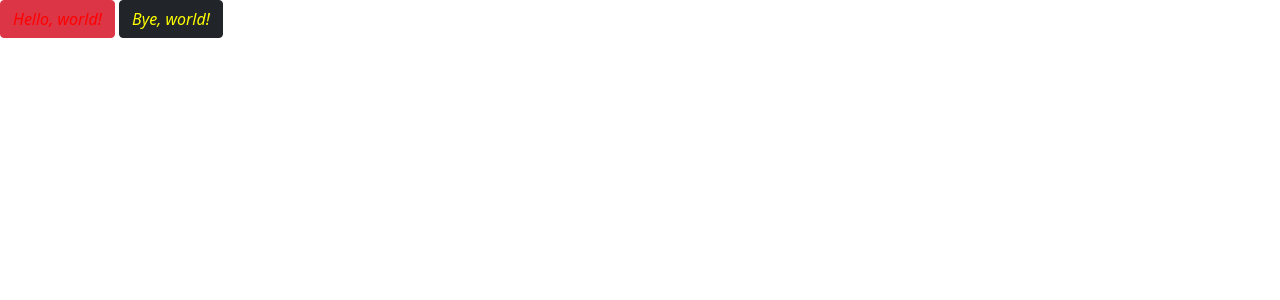
Repository: mobey3/JspProject
Page: http://localhost/JS_JSP/
The author's editor kept a copy of each file at every save. The page is drawn from the files as they stood at one save, then again after the next save.
The browser window is 1280 px wide. The pictures show the whole page.
The page is served by Tomcat 9. Other server files are loaded and not shown.

Above is the page before, as saved 2021-07-20 01:37:11.

### 0720/JS_JSP/src/main/webapp/index.jsp
<%@ page language="java" contentType="text/html; charset=EUC-KR"
    pageEncoding="EUC-KR"%>
<!doctype html>
<html lang="en">
  <head>
    <!-- Required meta tags -->
    <meta charset="utf-8">
    <meta name="viewport" content="width=device-width, initial-scale=1">

    <!-- Bootstrap CSS -->
    <link href="https://cdn.jsdelivr.net/npm/bootstrap@5.0.2/dist/css/bootstrap.min.css" rel="stylesheet" integrity="sha384-EVSTQN3/azprG1Anm3QDgpJLIm9Nao0Yz1ztcQTwFspd3yD65VohhpuuCOmLASjC" crossorigin="anonymous">

    <title>Hello, world!</title>
    <style>
    	#Hello {
    	color : red;
    	}
    	#Bye {
    	color : yellow;
    	}
    	.btn{
    	font-style : italic
    	}


    </style>
  </head>
  <body>
    <h1 id = "Hello" class="btn btn-danger">Hello, world!</h1>
    <h1 id="Bye" class="btn btn-dark">Bye, world!</h1>
    <!-- Optional JavaScript; choose one of the two! -->

    <!-- Option 1: Bootstrap Bundle with Popper -->
    <script src="https://cdn.jsdelivr.net/npm/bootstrap@5.0.2/dist/js/bootstrap.bundle.min.js" integrity="sha384-MrcW6ZMFYlzcLA8Nl+NtUVF0sA7MsXsP1UyJoMp4YLEuNSfAP+JcXn/tWtIaxVXM" crossorigin="anonymous"></script>

    <!-- Option 2: Separate Popper and Bootstrap JS -->
    <!--
    <script src="https://cdn.jsdelivr.net/npm/@popperjs/core@2.9.2/dist/umd/popper.min.js" integrity="sha384-IQsoLXl5PILFhosVNubq5LC7Qb9DXgDA9i+tQ8Zj3iwWAwPtgFTxbJ8NT4GN1R8p" crossorigin="anonymous"></script>
    <script src="https://cdn.jsdelivr.net/npm/bootstrap@5.0.2/dist/js/bootstrap.min.js" integrity="sha384-cVKIPhGWiC2Al4u+LWgxfKTRIcfu0JTxR+EQDz/bgldoEyl4H0zUF0QKbrJ0EcQF" crossorigin="anonymous"></script>
    -->
  </body>
</html>

After the next save:
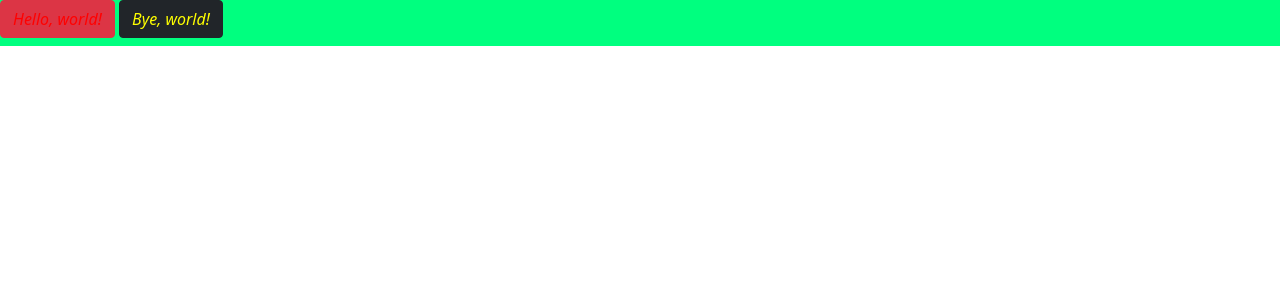
Saved 3 min 35 s later.
--- a/0720/JS_JSP/src/main/webapp/index.jsp
+++ b/0720/JS_JSP/src/main/webapp/index.jsp
@@ -21,11 +21,15 @@
     	.btn{
     	font-style : italic
     	}
+    	div.ldj{
+    	background: springgreen
+    	}
 
 
     </style>
   </head>
   <body>
+  <div class ="ldj">
     <h1 id = "Hello" class="btn btn-danger">Hello, world!</h1>
     <h1 id="Bye" class="btn btn-dark">Bye, world!</h1>
     <!-- Optional JavaScript; choose one of the two! -->
@@ -38,5 +42,6 @@
     <script src="https://cdn.jsdelivr.net/npm/@popperjs/core@2.9.2/dist/umd/popper.min.js" integrity="sha384-IQsoLXl5PILFhosVNubq5LC7Qb9DXgDA9i+tQ8Zj3iwWAwPtgFTxbJ8NT4GN1R8p" crossorigin="anonymous"></script>
     <script src="https://cdn.jsdelivr.net/npm/bootstrap@5.0.2/dist/js/bootstrap.min.js" integrity="sha384-cVKIPhGWiC2Al4u+LWgxfKTRIcfu0JTxR+EQDz/bgldoEyl4H0zUF0QKbrJ0EcQF" crossorigin="anonymous"></script>
     -->
+    </div>
   </body>
 </html>

After the save that followed:
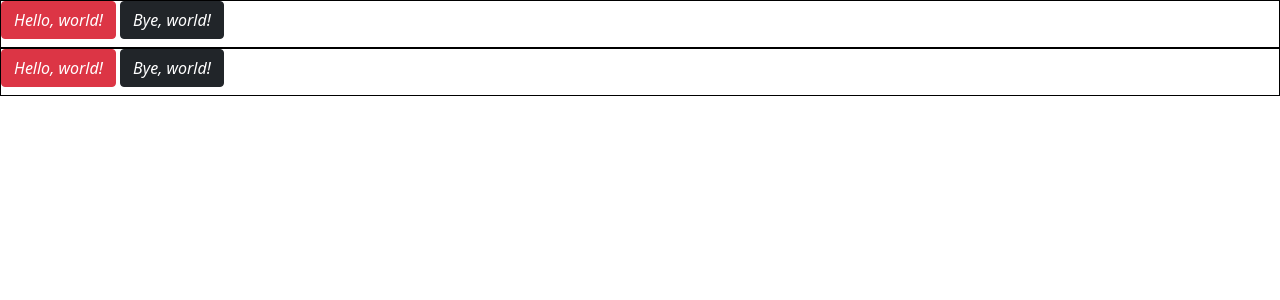
Saved 104 s later.
--- a/0720/JS_JSP/src/main/webapp/index.jsp
+++ b/0720/JS_JSP/src/main/webapp/index.jsp
@@ -21,8 +21,8 @@
     	.btn{
     	font-style : italic
     	}
-    	div.ldj{
-    	background: springgreen
+    	div{
+    	border : 1px solid black
     	}
 
 
@@ -30,8 +30,14 @@
   </head>
   <body>
   <div class ="ldj">
-    <h1 id = "Hello" class="btn btn-danger">Hello, world!</h1>
-    <h1 id="Bye" class="btn btn-dark">Bye, world!</h1>
+    <h1 class="btn btn-danger">Hello, world!</h1>
+    <h1 class="btn btn-dark">Bye, world!</h1>
+    </div>
+  <div class="lng">
+    <h1 class="btn btn-danger">Hello, world!</h1>
+    <h1 class="btn btn-dark">Bye, world!</h1>
+    </div>
+
     <!-- Optional JavaScript; choose one of the two! -->
 
     <!-- Option 1: Bootstrap Bundle with Popper -->
@@ -42,6 +48,6 @@
     <script src="https://cdn.jsdelivr.net/npm/@popperjs/core@2.9.2/dist/umd/popper.min.js" integrity="sha384-IQsoLXl5PILFhosVNubq5LC7Qb9DXgDA9i+tQ8Zj3iwWAwPtgFTxbJ8NT4GN1R8p" crossorigin="anonymous"></script>
     <script src="https://cdn.jsdelivr.net/npm/bootstrap@5.0.2/dist/js/bootstrap.min.js" integrity="sha384-cVKIPhGWiC2Al4u+LWgxfKTRIcfu0JTxR+EQDz/bgldoEyl4H0zUF0QKbrJ0EcQF" crossorigin="anonymous"></script>
     -->
-    </div>
+
   </body>
 </html>
